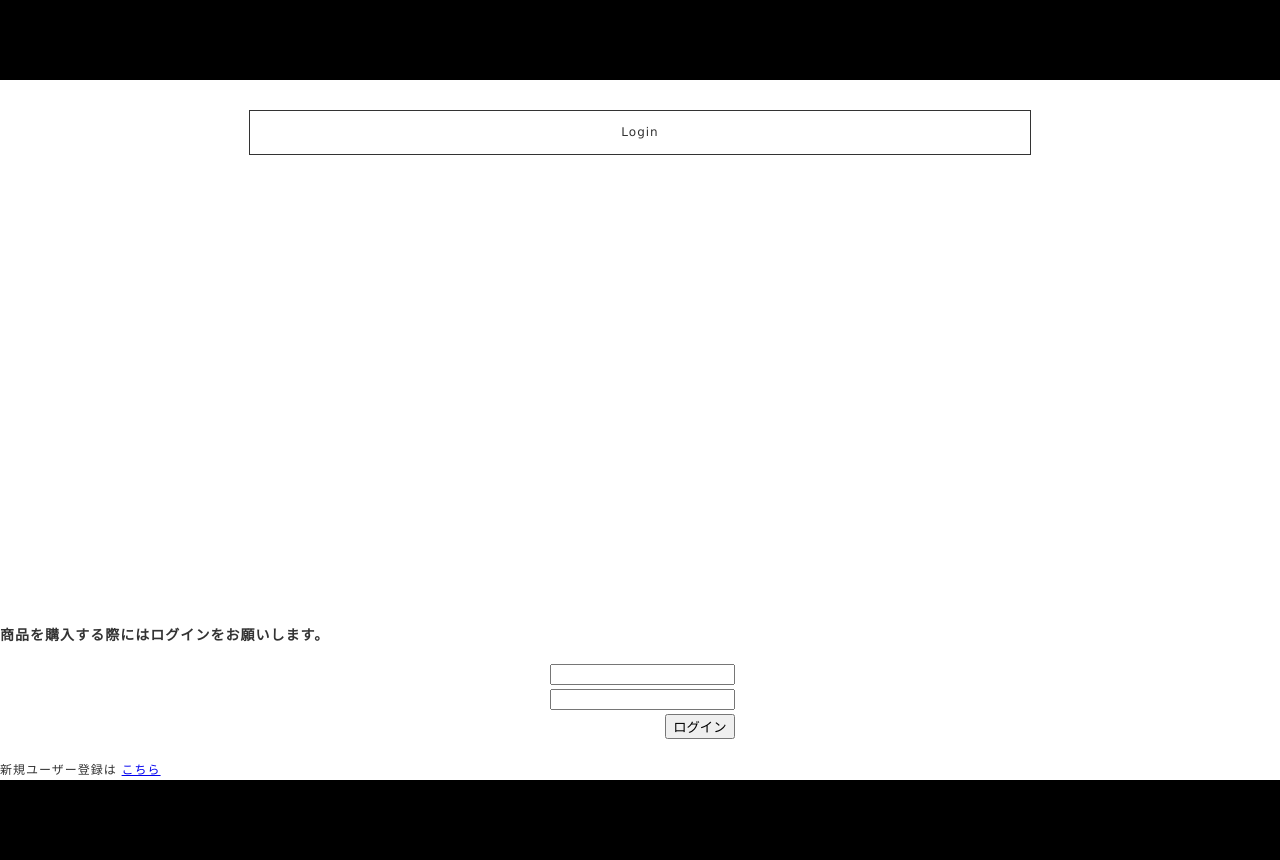
Repository: Eri-Naka/test
Page: http://localhost/template/login.jsp
An editor plug-in stored every save of this project. The page is shown before and after the next save, followed by the edit.
The browser window is 1280 px wide. The pictures show the whole page.
The page is served by Tomcat 9.

Above is the page before, as saved 2018-06-20 06:41:56.

After the next save:
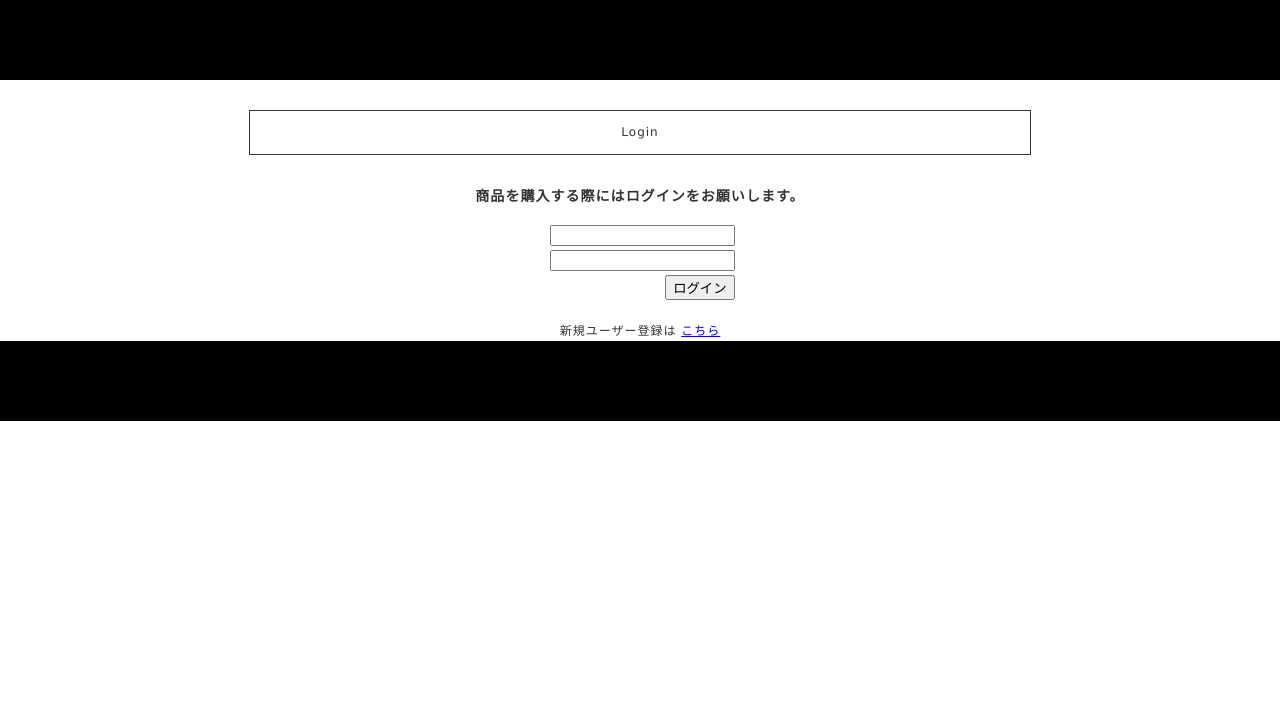
Saved 2 min 39 s later.
--- a/template/WebContent/login.jsp
+++ b/template/WebContent/login.jsp
@@ -68,7 +68,7 @@
 <div id="top">
 <p>Login</p>
 </div>
-</div>
+<div>
 
 <h3>商品を購入する際にはログインをお願いします。</h3>
 <s:form action="LoginAction">
@@ -87,7 +87,10 @@
 
 <div id = "footer">
 <div id = "pr">
-</div></div>
+</div>
+</div>
+</div>
+
 
 </body>
 </html>
